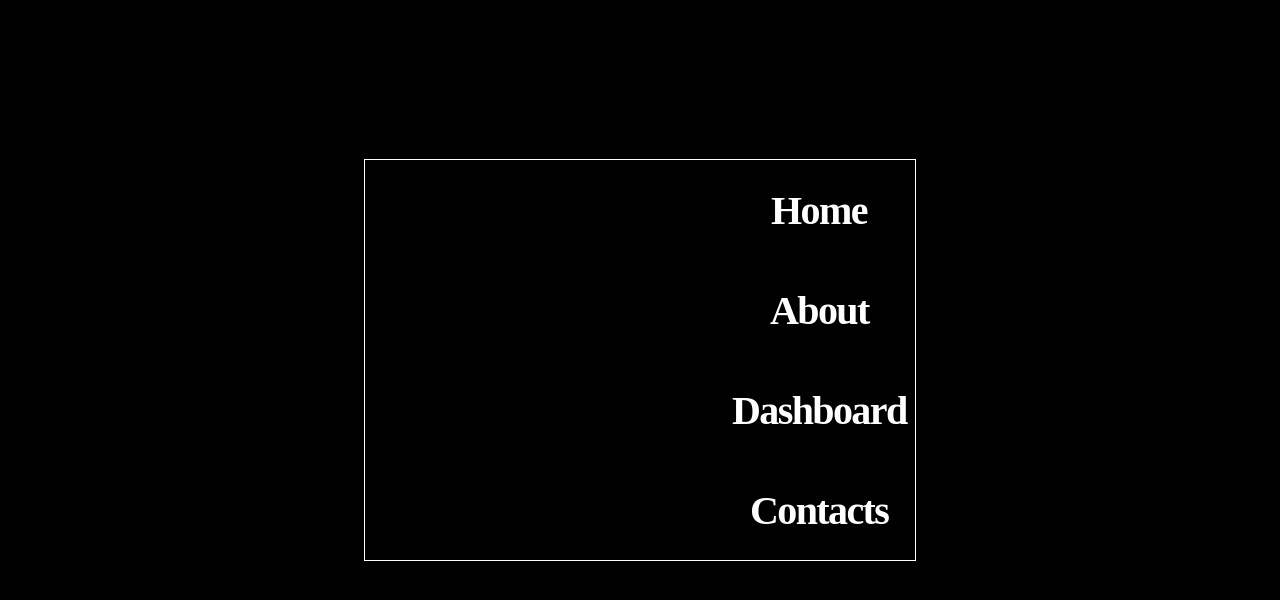
Repository: Rinzlerte/react-reveale-animation
Page: /menu
The author's editor kept a copy of each file at every save. The page is drawn from the files as they stood at one save, then again after the next save.
The browser window is 1280 px wide. The pictures show the whole page.
The project was rebuilt for these pictures with package versions that can differ from the ones it lists, and the page was loaded fresh each time. Also part of the build but not shown: src/components/home/Featured.jsx, src/components/home/Header.jsx, src/components/ui/ArrowBtn.js, src/components/home/Home.jsx.

Above is the page before, as saved 2019-10-18 23:41:00.

### public/index.html
<!DOCTYPE html>
<html lang="en">
  <head>
    <meta charset="utf-8" />
    <link rel="icon" href="%PUBLIC_URL%/favicon.ico" />
    <meta name="viewport" content="width=device-width, initial-scale=1" />
    <meta name="theme-color" content="#000000" />
    <meta
      name="description"
      content="Web site created using create-react-app"
    />
    <link rel="apple-touch-icon" href="logo192.png" />
    <link rel="stylesheet" href="https://fonts.googleapis.com/css?family=Roboto:300,400,500,700&display=swap" />
    <!--
      manifest.json provides metadata used when your web app is installed on a
      user's mobile device or desktop. See https://developers.google.com/web/fundamentals/web-app-manifest/
    -->
    <link rel="manifest" href="%PUBLIC_URL%/manifest.json" />
    <!--
      Notice the use of %PUBLIC_URL% in the tags above.
      It will be replaced with the URL of the `public` folder during the build.
      Only files inside the `public` folder can be referenced from the HTML.

      Unlike "/favicon.ico" or "favicon.ico", "%PUBLIC_URL%/favicon.ico" will
      work correctly both with client-side routing and a non-root public URL.
      Learn how to configure a non-root public URL by running `npm run build`.
    -->
    <title>React App</title>
  </head>
  <body>
    <noscript>You need to enable JavaScript to run this app.</noscript>
    <div id="root"></div>
    <!--
      This HTML file is a template.
      If you open it directly in the browser, you will see an empty page.

      You can add webfonts, meta tags, or analytics to this file.
      The build step will place the bundled scripts into the <body> tag.

      To begin the development, run `npm start` or `yarn start`.
      To create a production bundle, use `npm run build` or `yarn build`.
    -->
  </body>
</html>

### src/App.js
import React, { Component } from 'react';
import Home from './components/home/Home';
import Navigation from './components/navigation/Navigation';

import { BrowserRouter, Route } from 'react-router-dom';


import './Resources/styles.css'

export default class App extends Component {
  render() {
    return (
      <BrowserRouter >
        <Route exact path="/" render={() => <Home />} />
        <Route path="/menu" render={() => <Navigation />}/>
      </BrowserRouter>
    )
  }
}

### src/components/navigation/Navigation.jsx
import React from 'react';
import './Navigation.css';
import {Link} from 'react-router-dom';

const Navigation = () =>  (
    <div className="menu"  style={{ height:`${window.innerHeight}px`}}>
        <div className="menu-box">
            <Link className="menu-box-link" to="/">Home</Link>
            <Link className="menu-box-link" to="/about">About</Link>
            <Link className="menu-box-link" to="/proects">Dashboard</Link>
            <Link className="menu-box-link" to="/contacts">Contacts</Link>
        </div>
    </div>
);

export default Navigation;

### src/Resources/styles.css
body {
  margin: 0;
  font-family: -apple-system, BlinkMacSystemFont, "Segoe UI", "Roboto", "Oxygen",
    "Ubuntu", "Cantarell", "Fira Sans", "Droid Sans", "Helvetica Neue",
    sans-serif;
  -webkit-font-smoothing: antialiased;
  -moz-osx-font-smoothing: grayscale;
  padding: 0;
  box-sizing: border-box;
  font-family: "Roboto", sans-serif;
}

code {
  font-family: source-code-pro, Menlo, Monaco, Consolas, "Courier New",
    monospace;
}

.home{
  width: 100%;
}

.header_logo{
  color: white;
  font-size: 28px;
}

.home{
  display: flex;
  justify-content: space-between;
  align-items: center;
  flex-direction: column;
}
.footer{
  bottom: 0;
  position: absolute;
  display: block;
  width: 100%;
  height: 80px;
  z-index: 99;
  display: flex;
  align-items: center;
  justify-content: space-around;
}

.myarrow{
  background-size: cover !important;
  display: block;
}

### src/components/navigation/Navigation.css
.menu{
    width: 100%;
    display: flex;
    justify-content: space-around;
    flex-direction: column;
    align-items: center;
    background-color: #000000;
}

.menu-box{
    pointer-events: none;
    opacity: 1;
    width: 550px;
    /* transform: matrix(1.1, 0, 0, 1.1, 341, 228); */
    height: 400px;
    display: flex;
    justify-content: space-around;
    flex-direction: column;
    align-items: center;
    border: 1px solid white;
}

.menu-box-link{
    display: block;
    text-decoration: none;
    text-align: center;
    letter-spacing: -0.04em;
    transform-origin: center center 0px;
    will-change: transform;
    cursor: pointer;
    color: #ffffff;
    font-size: 40px;
    font-weight: 700;
    font-family: GothamHTF;
    text-align: center;
    transform: translate3d(179px, 0px, 0px);
    visibility: inherit;
    opacity: 1;
    pointer-events: auto;
}
.menu-box-link:hover{
    opacity: 0.6;
    transform: translate3d(179px, 0px, 0px) scale(1.05, 1.05);
}

Loaded but not shown: src/index.js (common file)

After the next save:
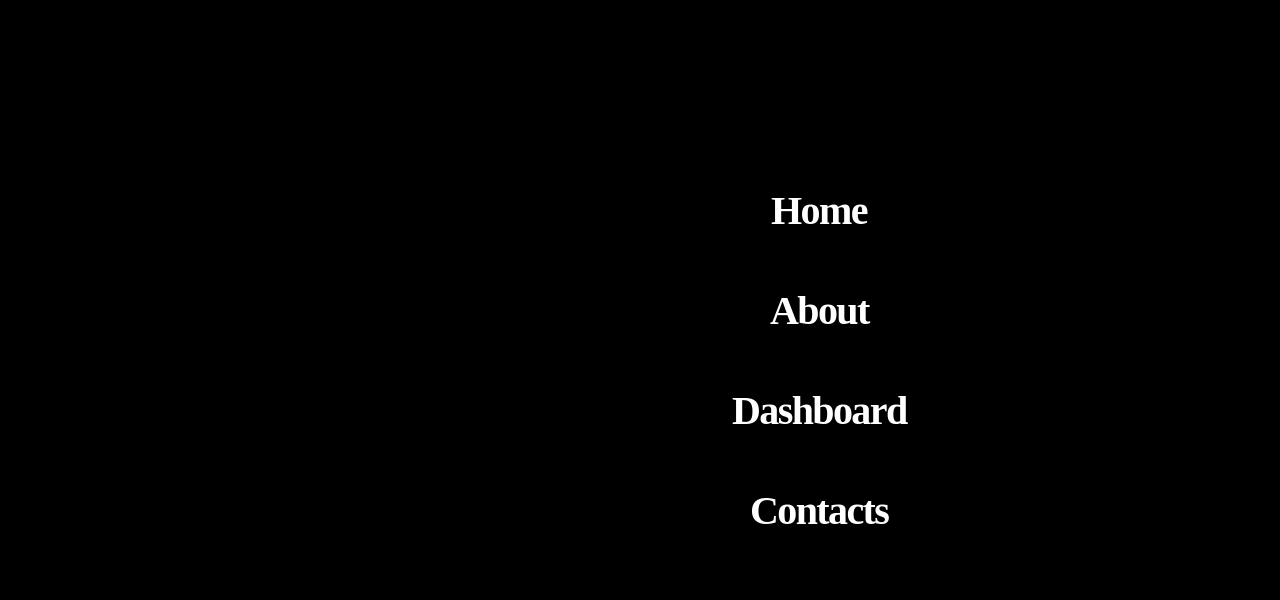
Saved 38 s later.
--- a/src/components/navigation/Navigation.css
+++ b/src/components/navigation/Navigation.css
@@ -17,7 +17,6 @@
     justify-content: space-around;
     flex-direction: column;
     align-items: center;
-    border: 1px solid white;
 }
 
 .menu-box-link{
